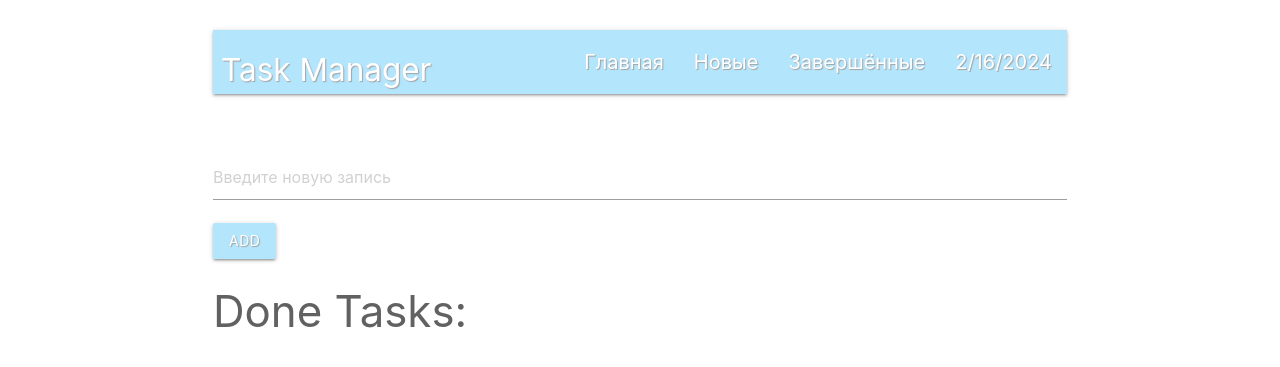
Repository: iveivs/myReactTaskManager
Page: /done
An editor plug-in stored every save of this project. The page is shown before and after the next save, followed by the edit.
The browser window is 1280 px wide. The pictures show the whole page.
The project was rebuilt for these pictures with package versions that can differ from the ones it lists, and the page was loaded fresh each time. Also part of the build but not shown: vite.config.js, src/components/MainPage.jsx, src/components/NewTasks.jsx.

Above is the page before, as saved 2024-02-21 10:42:19.

### index.html
<!doctype html>
<html lang="en">
  <head>
    <meta charset="UTF-8" />
    <link rel="icon" type="image/svg+xml" href="/vite.svg" />
    <meta name="viewport" content="width=device-width, initial-scale=1.0" />
    <link rel="stylesheet" href="https://cdnjs.cloudflare.com/ajax/libs/materialize/1.0.0/css/materialize.min.css">
    <link href="https://fonts.googleapis.com/icon?family=Material+Icons" rel="stylesheet">
    <title>Task Manager</title>
  </head>
  <body>
    <div id="root"></div>
    <script type="module" src="/src/main.jsx"></script>
  </body>
</html>

### src/main.jsx
import React from 'react'
import ReactDOM from 'react-dom/client'
import { BrowserRouter } from 'react-router-dom';
import App from './App.jsx'
import './index.css'

ReactDOM.createRoot(document.getElementById('root')).render(
  <BrowserRouter>
    <App />
  </BrowserRouter>,
)

### src/App.jsx
import { useState, useEffect } from 'react'
import { Routes, Route } from 'react-router-dom'
import './App.css'
import DoneTasks from './components/DoneTasks'
import Header from './components/Header'
import MainPage from './components/MainPage'
import NewTasks from './components/NewTasks'
import { DataContext } from './components/DataContext'

function App() {
  const [input, setInput] = useState('')
  const [tasks, setTasks] = useState()

  // const renderLocalStorageData = () => {
  //   const data = localStorage.getItem("tasks")
  //   if (data) {
  //       return JSON.parse(data);
  //   } else {
  //       return []
  //   }
  // }

  useEffect(()=> {
    // setTasks(renderLocalStorageData)
    const renderLocalStorageData = () => {
      const data = localStorage.getItem("tasks")
      if (data) {
          return JSON.parse(data);
      } else {
          return []
      }
    }
  }, [])

  const handleChange = (event) => {
    setInput(event.target.value)
    console.log('input', input);
  }

  const handleClick = () => {
    let id = tasks.length > 0 ? tasks[tasks.length - 1].id + 1 : 1
    const newTask = {
      task: input,
      id: id, // 1
      done: false
    }

    // setTasks([...tasks, newTask])
    setTasks(prev => [...prev, newTask])
    console.log('task on btn', tasks);
    localStorage.setItem('tasks', JSON.stringify(tasks))
    setInput('')
  }

  function changeStatus(e) {
    setTasks((previousTasks) => previousTasks.map(task => {
        if(task.id == e.target.dataset.id) {
            return {
                ...task,
                done: !task.done,
            }
        }
        return task
    }))
    localStorage.setItem('tasks', JSON.stringify(tasks))
}

function deleteTask(e) {
  setTasks((previousTasks) => previousTasks.filter(task => {
      if(task.id == e.target.dataset.id) {
          return
      }
      return task
  }))
  localStorage.setItem('tasks', JSON.stringify(tasks))
}

  return (
    <>
    <DataContext.Provider value={{
      tasks,
      setTasks,
      changeStatus,
      deleteTask,
    }}>
      <div className="container">
        <Header  />
        <div className='input-field'>
          <input
            placeholder='Введите новую запись'
            className='inputMain'
            value={input}
            onChange={(e) => handleChange(e)}
            type="text" />
        </div>

        <button className='btn light-blue lighten-4' onClick={handleClick}>ADD</button>
        <Routes>
          <Route index element={<MainPage />} />
          <Route path="/new" element={<NewTasks />} />
          <Route path="/done" element={<DoneTasks  />} />
        </Routes>

        {/* { input && <h4>{input}</h4> } */}
        {/* { tasks && (
          tasks.map(e => <p key={e}>task: {e}</p>)
        )} */}
      </div>
      </DataContext.Provider>
    </>
  )
}

export default App

### src/index.css

.nav-wrapper {
    padding-left: 8px;
    text-shadow: 1px 1px 1px #a3a3a3;
    /* display: flex ;
    flex-direction: row;
    justify-content: space-between;
    align-items: center; */
}
.nav-wrapper ul li {
    font-size: 24px !important;
}
.listItem{
    font-size: 18px !important;
}
.btn {
    text-shadow: 1px 1px 1px #a3a3a3;

}
/* .inputMain {
    margin-bottom: 40px !important ;
} */
nav {
    margin-bottom: 60px;
}
.textTitle {
    color: #616161;
}
.taskText {
    font-size: 18px;
    color: #616161;
}
.taskItem {
    display: flex;
    flex-direction: row;
    align-items: center;
    justify-content: space-between;
}
.disabledColor {
    color: #838383;
    cursor: pointer;
    transition: color .3s ease-in-out;

}
.disabledColor:hover {
    opacity: .5;
}
.orange600 {
    color: #FB8C00;
}
/* nav {
    background-color: #b3e5fc
} */

### src/App.css
#root {
  max-width: 1280px;
  margin: 0 auto;
  padding: 2rem;

}

### src/components/DoneTasks.jsx
import { DataContext } from "./DataContext"
import { useContext } from "react"

export default function DoneTasks () {
    const { tasks, changeStatus, deleteTask } = useContext(DataContext)
    return (
        <div>
            <h3 className="textTitle">Done Tasks:</h3>
            {
                tasks && (
                    tasks.map(task => {
                        if(task.done === true )
                        return (
                            <div key={task.id } className="taskItem">
                            <p className="taskText" style={ task.done ? {textDecoration: 'line-through'} : {textDecoration: ''}}>task: {task.task} id: {task.id}</p>
                            <div className="iconBox">
                                <i onClick={(e) => { changeStatus(e) }} data-id={task.id} className={`material-icons disabledColor ${task.done ? "orange600" : " "}`} >done</i>
                                <i onClick={(e) => { deleteTask(e) }} data-id={task.id} className="material-icons disabledColor">close</i>
                            </div>
                            </div>
                        )
                    })
                )

            }
        </div>
    )
}

### src/components/Header.jsx
import { Link } from "react-router-dom";
import DateElement from "./DateElement";

export default function Header() {
    return (
        <nav className="light-blue lighten-4">
            <div className="nav-wrapper">
                <h4 className="brand-logo">
                    Task Manager
                </h4>
                {/* <* id="nav-mobile" className="right hide-on-med-and-down"> */}
                <ul className="right">
                    <li className="listItem" >
                        <Link style={{fontSize: '20px'}} to="/">Главная</Link>
                    </li>
                    <li>
                        <Link style={{fontSize: '20px'}} to="/new">Новые</Link>
                    </li>
                    <li>
                        <Link style={{fontSize: '20px'}} to="/done">Завершённые</Link>
                    </li>
                    <li >
                        <Link style={{fontSize: '20px'}}> {<DateElement  />}</Link>
                    </li>

                </ul>

            </div>
        </nav>
    );
}

// export default function Header() {
//     document.addEventListener('DOMContentLoaded', function() {
//         const elems = document.querySelectorAll('.sidenav');
//         var instances = M.Sidenav.init(elems, options);
//     });

//     return (
//         <>
//             <nav>
//                 <div className="nav-wrapper">
//                     <a href="#!" className="brand-logo">Logo</a>
//                     <a href="#" data-target="mobile-demo" className="sidenav-trigger"><i className="material-icons">menu</i></a>
//                     <ul className="right hide-on-med-and-down">
//                         <li>
//                             <Link to="/">Главная</Link>
//                         </li>
//                         <li>
//                             <Link to="/new">Новые</Link>
//                         </li>
//                         <li>
//                             <Link to="/done">Завершённые</Link>
//                         </li>
//                         <li>
//                             <DateElement  />
//                         </li>
//                     </ul>
//                 </div>
//             </nav>

//             <ul className="sidenav" id="mobile-demo">
//                 <li>Sass</li>
//                 <li><a href="badges.html">Components</a></li>
//                 <li><a href="collapsible.html">Javascript</a></li>
//                 <li><a href="mobile.html">Mobile</a></li>
//             </ul>
//         </>

//     );
// }

### src/components/DataContext.js
import { createContext } from "react"
const initialState = {
    tasks: [],
    loading: false,
    setTasks: () => {
    }
}

export const DataContext = createContext(initialState)

### src/components/DateElement.jsx
import { useEffect, useState } from "react"

export default function DateElement () {
    const [now, setNow] = useState(new Date())

    useEffect
    return (
        <>

            {/* <p>{now.toLocaleDateString()}</p> */}
            {now.toLocaleDateString()}

        </>
    )
}

After the next save:
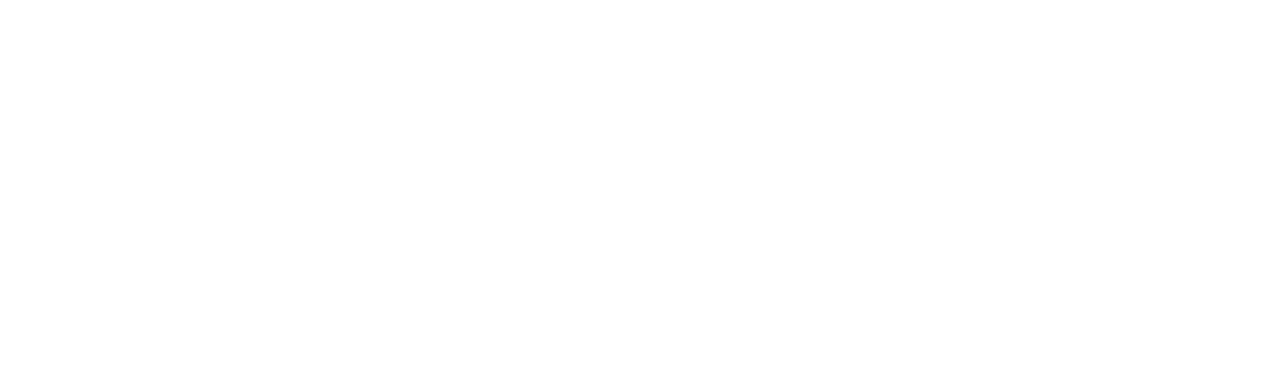
Console error: ReferenceError: object is not defined
Saved 80 s later.
--- a/src/App.jsx
+++ b/src/App.jsx
@@ -30,6 +30,7 @@
           return []
       }
     }
+    console.log(object);
   }, [])
 
   const handleChange = (event) => {

After the save that followed:
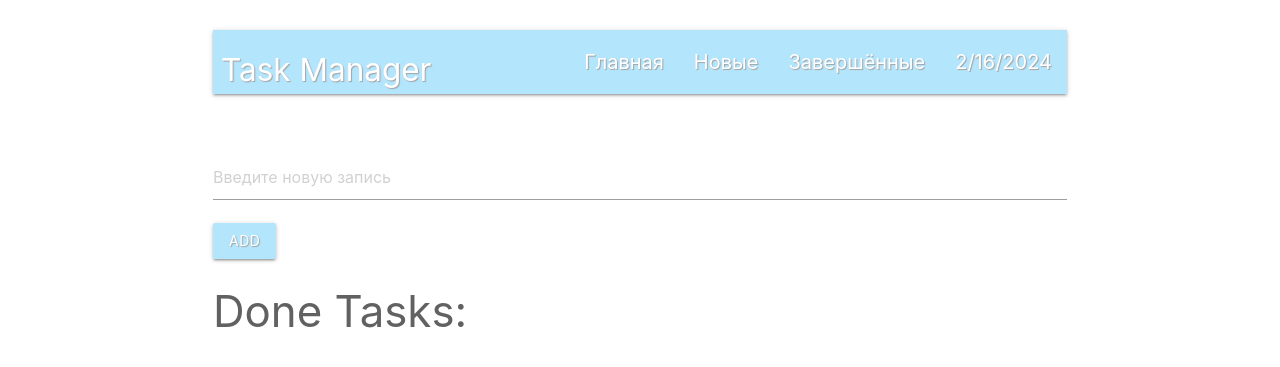
The error is gone.
Saved 5 s later.
--- a/src/App.jsx
+++ b/src/App.jsx
@@ -30,7 +30,7 @@
           return []
       }
     }
-    console.log(object);
+    console.log(tasks);
   }, [])
 
   const handleChange = (event) => {
